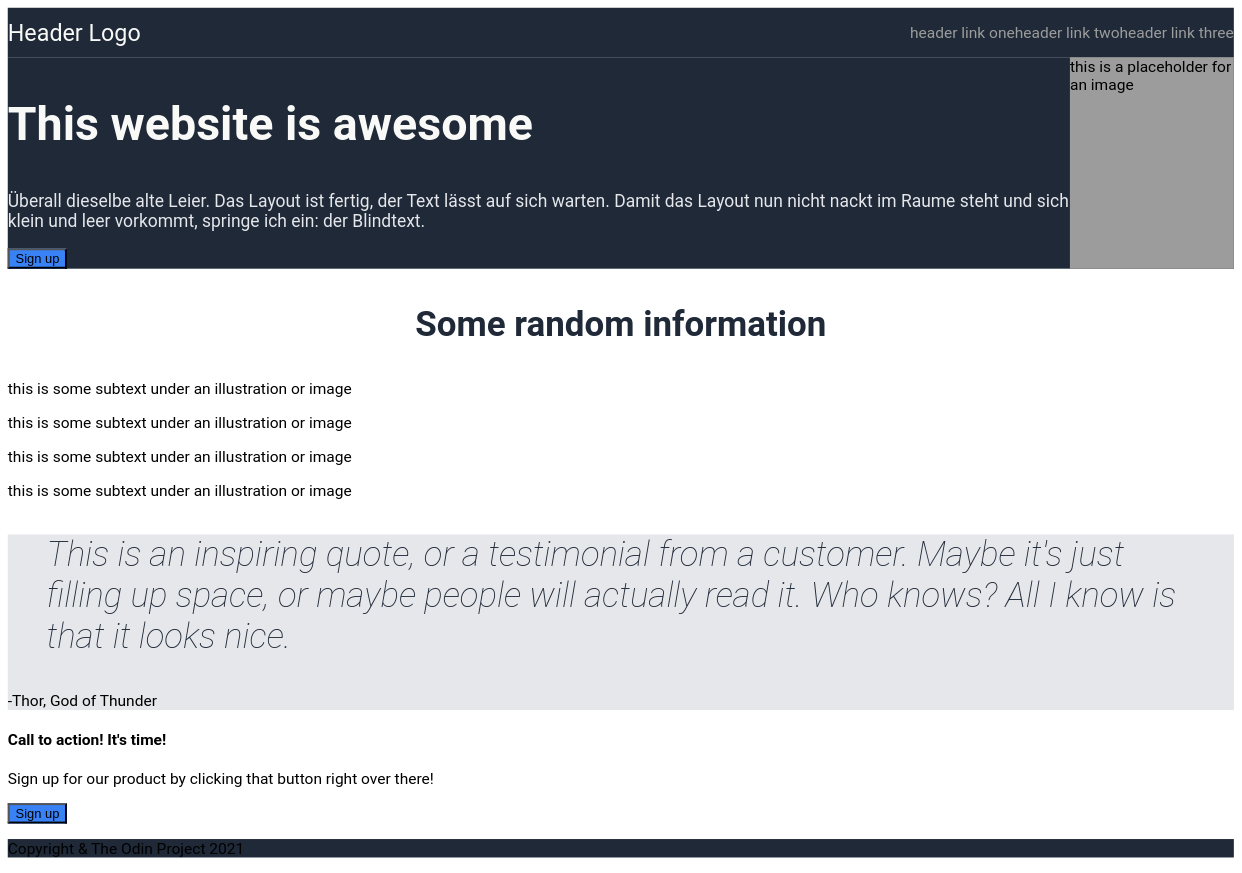
Repository: evemcd/odin_project
Page: odin-project2-landing-page/index.html
The author's editor kept a copy of each file at every save. The page is drawn from the files as they stood at one save, then again after the next save.
The browser window is 1280 px wide. The pictures show the whole page, at 97% of full size.

Above is the page before, as saved 2022-02-08 09:20:36.

### odin-project2-landing-page/index.html
<!DOCTYPE html>
<html lang="en">
<head>
    <meta charset="UTF-8">
    <title>Odin Project 2 Landing Page</title>
    <link rel="stylesheet" href="style.css">
</head>

<body>
    <header>
        <span>Header Logo</span>
        <ul>
            <li><a href="#">header link one</a></li>
            <li><a href="#">header link two</a></li>
            <li><a href="#">header link three</a></li>
        </ul>
    </header>

    <div class="container1">
        <div>
            <h2>This website is awesome</h2>
            <p>Überall dieselbe alte Leier. Das Layout ist fertig, der Text lässt auf sich warten. Damit das Layout nun nicht nackt im Raume steht und sich klein und leer vorkommt, springe ich ein: der Blindtext.</p>
            <button>Sign up</button>
        </div>
        <div class="placeholder">
            <span>this is a placeholder for an image</span>
        </div>
    </div>

    <div class="container2">
        <h3>Some random information</h3>
        <div>
            <div>
                <div class="box"></div>
                <p>this is some subtext under an illustration or image</p>
            </div>
            <div>
                <div class="box"></div>
                <p>this is some subtext under an illustration or image</p>
            </div>
            <div>
                <div class="box"></div>
                <p>this is some subtext under an illustration or image</p>
            </div>
            <div>
                <div class="box"></div>
                <p>this is some subtext under an illustration or image</p>
            </div>
        </div>
    </div>

    <div class="container3">
        <blockquote>This is an inspiring quote, or a testimonial from a customer. Maybe it's just filling up space, or maybe people will actually read it. Who knows? All I know is that it looks nice.</blockquote>
        <span>-Thor, God of Thunder</span>
    </div>

    <div class="container4">
        <div>
            <div>
            <h4>Call to action! It's time!</h4>
            <p>Sign up for our product by clicking that button right over there!</p>
        </div>
        <button>Sign up</button>
        </div>
    </div>

    <footer>
        <p>Copyright &amp; The Odin Project 2021</p>
    </footer>
</body>
</html>

### odin-project2-landing-page/style.css
body {
    font-family: roboto, sans-serif;
}

header,
.container1,
footer {
    background-color: #1F2937;
}

.container2,
.container4 {
    background-color: white;
}

header {
    display: flex;
    align-items: center;
    justify-content: space-between;
}

header>span {
    font-size: 24px;
    color: #F9FAF8;
}

header>ul {
    list-style: none;
    display: flex;
}

header a {
    text-decoration: none;
    color: #9c9c9c;
}

.container1 {
    display: flex;
}

.container1 h2 {
    font-size: 48px;
    font-weight: extra-bold;
    color: #F9FAF8;
}

.container1 p {
    font-size: 18px;
    color: #E5E7EB;
}

.placeholder {
    background-color: #9c9c9c;
}

button {
    background-color: #3882F6;
}

.container2 h3 {
    font-size: 36px;
    font-weight: extra-bold;
    color: #1F2937;
    text-align: center;
}

.box {
    width: 15%;
}

.container3 {
    background-color: #E5E7EB;
}

blockquote {
    font-size: 36px;
    font-weight: lighter;
    font-style: italic;
    color: #1F2937;
}

After the next save:
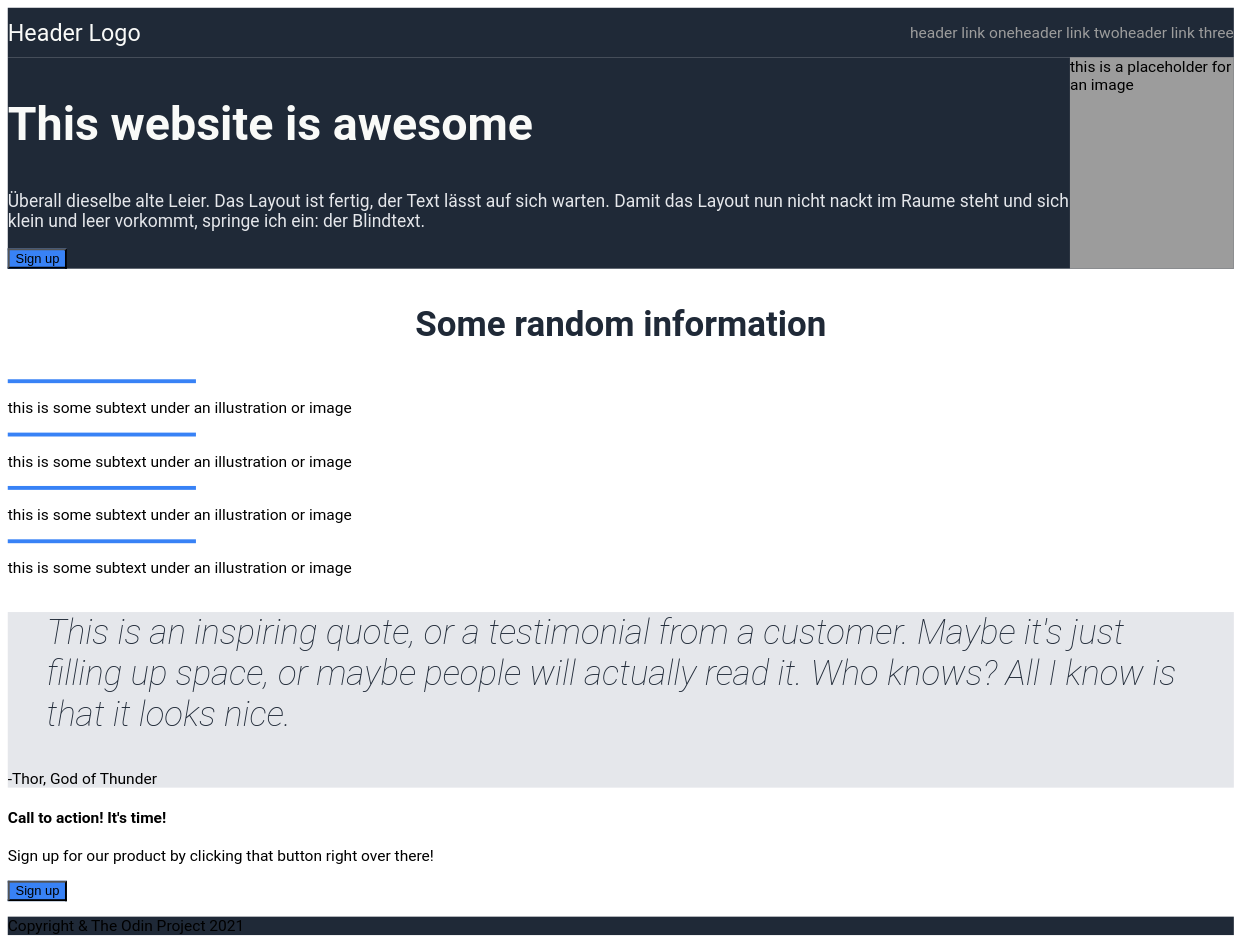
Saved 30 s later.
--- a/odin-project2-landing-page/style.css
+++ b/odin-project2-landing-page/style.css
@@ -66,6 +66,8 @@ button {
 
 .box {
     width: 15%;
+    height: 15%;
+    border: 2px solid #3882F6;
 }
 
 .container3 {
